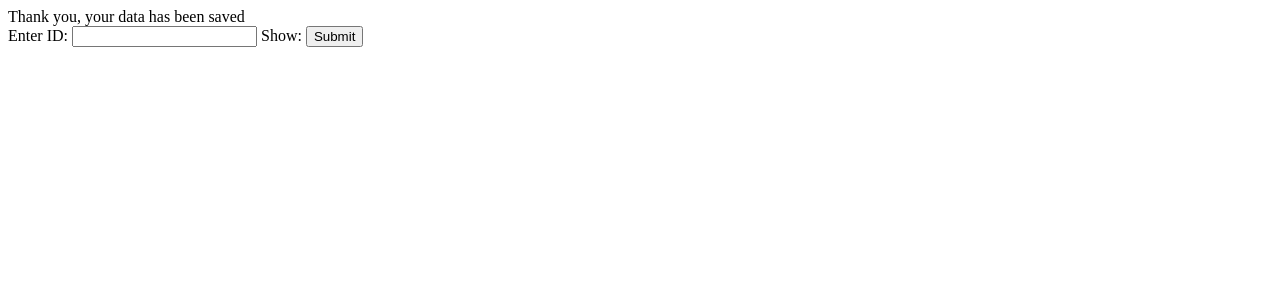
Repository: amittomar287/springbootbasics
Page: http://localhost/springJPA/ThankYou.jsp
An editor plug-in stored every save of this project. The page is shown before and after the next save, followed by the edit.
The browser window is 1280 px wide. The pictures show the whole page.
The page is served by Tomcat 9. Other server files are loaded and not shown.

Above is the page before, as saved 2022-08-06 05:16:42.

### springJPA/src/main/webapp/ThankYou.jsp
<%@ page language="java" contentType="text/html; charset=ISO-8859-1"
    pageEncoding="ISO-8859-1"%>
<!DOCTYPE html>
<html>
<head>
<meta charset="ISO-8859-1">
<title>Insert title here</title>
</head>
<body>

Thank you, your data has been saved

<form action="getAlien">
Enter ID: <input type="text" name="id">
Show: <input type="submit"><br>
</form>

</body>
</html>

After the next save:
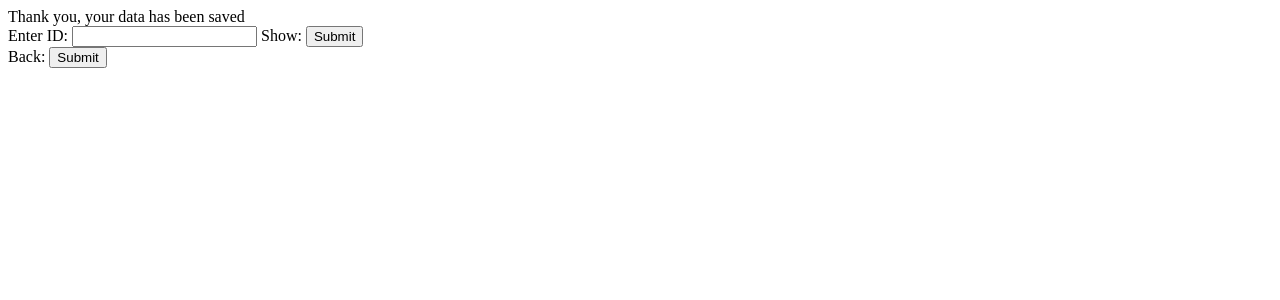
Saved 2 min 42 s later.
--- a/springJPA/src/main/webapp/ThankYou.jsp
+++ b/springJPA/src/main/webapp/ThankYou.jsp
@@ -15,5 +15,9 @@
 Show: <input type="submit"><br>
 </form>
 
+<form action="back">
+Back: <input type="submit"><br>
+</form>
+
 </body>
 </html>
